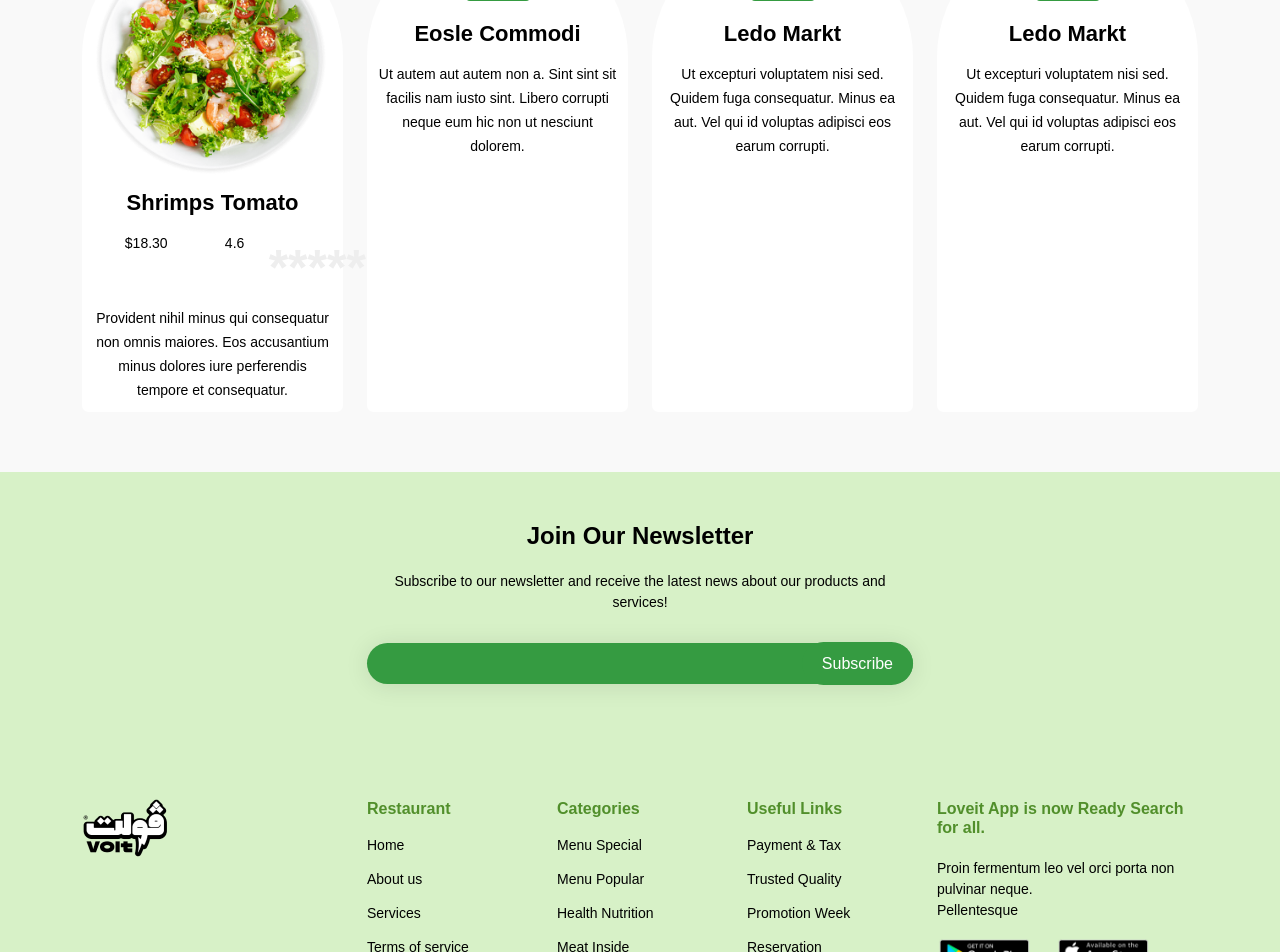
Repository: junivig/volt-new-project
Page: index.html
An editor plug-in stored every save of this project. The page is shown before and after the next save, followed by the edit.
The browser window is 1280 px wide. The pictures show the part of the page from y = 2117 to 3069 px (the page is 3177 px tall before and 3252 px after).

Above is the page before, as saved 2025-01-30 12:32:25.

### index.html
<!DOCTYPE html>
<html lang="en">

<head>
  <meta charset="utf-8">
  <meta content="width=device-width, initial-scale=1.0" name="viewport">
  <title>index - Voltfood</title>
  <meta name="description" content="">
  <meta name="keywords" content="">

  <!-- Favicons -->
  <link href="assets/img/favicon.png" rel="icon">
  <link href="assets/img/apple-touch-icon.png" rel="apple-touch-icon">

  <!-- Fonts -->
  <link href="https://fonts.googleapis.com" rel="preconnect">
  <link href="https://fonts.gstatic.com" rel="preconnect" crossorigin>
  <link href="https://fonts.googleapis.com/css2?family=Roboto:ital,wght@0,100;0,300;0,400;0,500;0,700;0,900;1,100;1,300;1,400;1,500;1,700;1,900&family=Raleway:ital,wght@0,100;0,200;0,300;0,400;0,500;0,600;0,700;0,800;0,900;1,100;1,200;1,300;1,400;1,500;1,600;1,700;1,800;1,900&family=Ubuntu:ital,wght@0,300;0,400;0,500;0,700;1,300;1,400;1,500;1,700&display=swap" rel="stylesheet">

  <!-- Vendor CSS Files -->
  <link href="assets/vendor/bootstrap/css/bootstrap.min.css" rel="stylesheet">
  <link href="assets/vendor/bootstrap-icons/bootstrap-icons.css" rel="stylesheet">
  <link href="assets/vendor/aos/aos.css" rel="stylesheet">
  <link href="assets/vendor/glightbox/css/glightbox.min.css" rel="stylesheet">
  <link href="assets/vendor/swiper/swiper-bundle.min.css" rel="stylesheet">

  <!-- Main CSS File -->
  <link href="assets/css/main.css" rel="stylesheet">

  <!-- =======================================================
  * Template Name: eNno
  * Template URL: https://bootstrapmade.com/enno-free-simple-bootstrap-template/
  * Updated: Aug 07 2024 with Bootstrap v5.3.3
  * Author: BootstrapMade.com
  * License: https://bootstrapmade.com/license/
  ======================================================== -->
</head>

<body class="index-page">

  <header id="header" class="header ">
    <div class="container-fluid  top-header">
      <div class="container-xl">
          <div class="row align-items-center">
              <div class="col-md-8 d-flex align-items-center">
                <nav id="navmenu" class="navmenu">
                  <ul>
                <li class="">
                  <img src="assets/img/location-icon.png" alt="Location Icon" class="icon-right">
                  <span class="top-header-text">Address, Fox 99 Roving St, Big City PKU</span>
              </li>
                <li class="">
                  <img src="assets/img/email-icon.png" alt="Email Icon" class="icon-right">
                  <span class="top-header-text">hello@awesomesite.com</span>
              </li>
              <li class="">
                <img src="assets/img/phone-icon.png" alt="Phone Icon" class="icon-right">
                <span class="top-header-text">+123-234-1234</span>
            </li>
                  </ul>
                </nav>
              </div>
              <div class="col-md-4 text-end">
                  <a href="#" >Register</a>
                  <a href="#">Login</a>
              </div>
          </div>
        </div>
  </div>
    <div class="container-fluid container-xl position-relative d-flex align-items-center">

      <a href="index.html" class="logo d-flex align-items-center me-auto">

        <img src="assets/img/logo.png" alt="Logo Image">
      </a>

      <nav id="navmenu" class="navmenu">
        <ul>
          <li><a href="#hero" class="active">HOMEPAGE</a></li>
          <li><a href="#about">ABOUT US</a></li>
          <li><a href="#services">MENU</a></li>
          <li><a href="#portfolio">MY ACCOUNT</a></li>
          <li><a href="#team">MY CART</a></li>
          <!-- <li class="dropdown"><a href="#"><span>Dropdown</span> <i class="bi bi-chevron-down toggle-dropdown"></i></a>
            <ul>
              <li><a href="#">Dropdown 1</a></li>
              <li class="dropdown"><a href="#"><span>Deep Dropdown</span> <i class="bi bi-chevron-down toggle-dropdown"></i></a>
                <ul>
                  <li><a href="#">Deep Dropdown 1</a></li>
                  <li><a href="#">Deep Dropdown 2</a></li>
                  <li><a href="#">Deep Dropdown 3</a></li>
                  <li><a href="#">Deep Dropdown 4</a></li>
                  <li><a href="#">Deep Dropdown 5</a></li>
                </ul>
              </li>
              <li><a href="#">Dropdown 2</a></li>
              <li><a href="#">Dropdown 3</a></li>
              <li><a href="#">Dropdown 4</a></li>
            </ul>
          </li> -->
        </ul>
        <i class="mobile-nav-toggle d-xl-none bi bi-list"></i>
      </nav>

      <!-- <a class="btn-getstarted" href="index.html#about">Get Started</a> -->

    </div>
  </header>

  <main class="main">

    <!-- Hero Section -->
    <section id="hero" class="hero section bg-image">

      <div class="container">
        <div class="row ">
          <div class="col-lg-6 order-2 order-lg-1 d-flex flex-column justify-content-center" data-aos="fade-up">
            <h1>Discover Food Taste Our <span class="secondary-color">Best</span> Healthy & Tasty.</h1>
            <p>Discover food taste our best integer enim neque volutpat ac morbi
              enim faucibus amet consectetur adipiscing tempus pharetra.</p>
            <div class="d-flex">
              <a href="#about" class="btn-get-started">DISCOVER NOW</a>
              <a href="https://www.youtube.com/watch?v=Y7f98aduVJ8" class="glightbox btn-watch-video d-flex align-items-center"><i class="bi bi-play-circle"></i></a>
            </div>
          </div>
          <div class="col-lg-6 order-1 order-lg-2 hero-img" data-aos="zoom-out" data-aos-delay="100">
            <img src="assets/img/hero-img.png" class="img-fluid " alt="">
          </div>
        </div>
      </div>

    </section><!-- /Hero Section -->

   <!-- Featured Services Section -->
   <section id="featured-services" class="featured-services section ">

    <div class="container">

      <div class="row gy-4">

        <div class="col-lg-4 d-flex" data-aos="fade-up" data-aos-delay="100">
          <div class="service-item position-relative">
            <div class="row">
              <div class="col-lg-6 col-md-6 col-sm-6">
                <p class="features-text">UP TO 35%</p>
                <h4 class="features-heading mt-3">Vegetable & Benefit</h4>
                <div class="icon"><img src="assets/img/button-icon.png" alt="Location Icon" class="icon-right">
                  <span class="features-button-text">READ MORE</span>
                </div>
              </div>
              <div class="col-lg-6 col-md-6 col-sm-6">
                <img src="assets/img/feature-icon-one.png" class="img-fluid " alt="">
              </div>
            </div>
          </div>
        </div><!-- End Service Item -->

        <div class="col-lg-4 d-flex" data-aos="fade-up" data-aos-delay="200">
          <div class="service-item-two position-relative">
            <div class="row">
              <div class="col-lg-6 col-md-6 col-sm-6">
                <p class="features-text">ORGANIC FARM</p>
                <h4 class="features-heading mt-3">Change Fruit Plan</h4>
                <div class="icon"><img src="assets/img/button-icon.png" alt="Location Icon" class="icon-right">
                  <span class="features-button-text">READ MORE</span>
                </div>
              </div>
              <div class="col-lg-6 col-md-6 col-sm-6">
                <img src="assets/img/feature-icon-two.png" class="img-fluid " alt="">
              </div>
            </div>
          </div>
        </div><!-- End Service Item -->

        <div class="col-lg-4 d-flex" data-aos="fade-up" data-aos-delay="300">
          <div class="service-item-three position-relative">
            <div class="row">
              <div class="col-lg-6 col-md-6 col-sm-6">
                <p class="features-text">MEAT TIME</p>
                <h4 class="features-heading mt-3">Totally Meat Inside</h4>
                <div class="icon"><img src="assets/img/button-icon.png" alt="Location Icon" class="icon-right">
                  <span class="features-button-text">READ MORE</span>
                </div>
              </div>
              <div class="col-lg-6 col-md-6 col-sm-6">
                <img src="assets/img/feature-icon-three.png" class="img-fluid " alt="">
              </div>
            </div>
          </div>
        </div><!-- End Service Item -->

      </div>

    </div>

    <div class="container mt-5 inner-features">
      <div class="row gy-4">
        <div class="col-lg-3 d-flex" data-aos="fade-up" data-aos-delay="100">
          <div class="service-item-inner position-relative">
            <div class="row">
              <div class="col-lg-3 col-md-3 col-sm-3">
                <img src="assets/img/inner-features-icon-one.png" class="img-fluid " alt="">
                </div>
              <div class="col-lg-9 col-md-9 col-sm-9">
                <h4 class="features-inner-heading">Organic Farm</h4>
                <p class="features-inner-text">Product Fresh Veggies</p>
              </div>
            </div>
          </div>
        </div><!-- End Service Item -->

        <div class="col-lg-3 d-flex" data-aos="fade-up" data-aos-delay="200">
          <div class="service-item-inner-two position-relative">
            <div class="row">
              <div class="col-lg-3 col-md-3 col-sm-3">
                <img src="assets/img/inner-features-icon-two.png" class="img-fluid " alt="">
                </div>
              <div class="col-lg-9 col-md-9 col-sm-9">
                <h4 class="features-inner-heading-two">Free Delivery</h4>
                <p class="features-inner-text-two">Fast Delivery Order</p>
              </div>
            </div>
          </div>
        </div><!-- End Service Item -->

        <div class="col-lg-3 d-flex" data-aos="fade-up" data-aos-delay="300">
          <div class="service-item-inner-two position-relative">
            <div class="row">
              <div class="col-lg-3 col-md-3 col-sm-3">
                <img src="assets/img/inner-features-icon-three.png" class="img-fluid " alt="">
                </div>
              <div class="col-lg-9 col-md-9 col-sm-9">
                <h4 class="features-inner-heading-two">Promotion Week</h4>
                <p class="features-inner-text-two">Promotion and Discount</p>
              </div>
            </div>
          </div>
        </div><!-- End Service Item -->

        <div class="col-lg-3 d-flex" data-aos="fade-up" data-aos-delay="300">
          <div class="service-item-inner-two position-relative">
            <div class="row">
              <div class="col-lg-3 col-md-3 col-sm-3">
                <img src="assets/img/inner-features-icon-four.png" class="img-fluid " alt="">
                </div>
              <div class="col-lg-9 col-md-9 col-sm-9">
                <h4 class="features-inner-heading-two">Trusted & Quality</h4>
                <p class="features-inner-text-two">Best Quality Restaurant</p>
              </div>
            </div>
          </div>
        </div><!-- End Service Item -->

      </div>

    </div>

  </section>
  <!-- /Featured Services Section -->

     <!-- About Section -->
     <section id="about" class="about section bg-image">
      <div class="container">
        <div class="row ">
          <div class="col-lg-6 " data-aos="zoom-out" data-aos-delay="100">
            <img src="assets/img/about.png" class="img-fluid " alt="">
          </div>
          <div class="col-lg-6 order-2 order-lg-1 d-flex flex-column justify-content-center" data-aos="fade-up">
            <h4 class="about-us-text">About Us</h4>
            <h1>The Best Enjoyable Place Around You.</h1>
            <p>We are the best quality elementum integer enim neque volutpat ac. Morbi
              enim nunc faucibus a. Amet consectetur adipiscing elit duis tempus pharetra.</p>

              <span class="about-inner-text">Massa placerat duis ultricies lacus sed turpis tincidunt id. Interdum varius sit amet
                mattis  enim. Quis hendrerit dolor magna eget est lorem ipsum dolor. Sagittis scelerisque
                purus semper eget duis. Viverra maecenas accumsan lacus vel facilisis volutpat est.
                Ultricies lacus sed turpis tincidunt id aliquet risus feugiat in. Adipiscing elit duis tristique
                sollicitudin nibh sit. Porttitor lacus luctus accumsan tortor.</span>
            <div class="d-flex">
               <!-- Stats Section -->
    <section id="stats" class="stats section">
      <div class="container" data-aos="fade-up" data-aos-delay="100">
        <div class="row gy-4">
          <div class="col-lg-4 col-md-4 col-sm-4">
            <div class="stats-item">
              <span data-purecounter-start="0" data-purecounter-end="108" data-purecounter-duration="1" class="purecounter"></span><span>+</span>
              <p>EXPERT CHEF</p>
            </div>
          </div><!-- End Stats Item -->

          <div class="col-lg-4 col-md-4 col-sm-4">
            <div class="stats-item">
              <span data-purecounter-start="0" data-purecounter-end="140" data-purecounter-duration="1" class="purecounter"></span><span>+</span>
              <p>MENU OF FOOD</p>
            </div>
          </div><!-- End Stats Item -->

          <div class="col-lg-4 col-md-4 col-sm-4">
            <div class="stats-item">
              <span data-purecounter-start="0" data-purecounter-end="3200" data-purecounter-duration="1" class="purecounter"></span><span>+</span>
              <p>ORDER DELIVERED</p>
            </div>
          </div><!-- End Stats Item -->
        </div>

      </div>

    </section>

                </div>
            </div>
          </div>
        </div>
      </div>

    </section><!-- /About Section -->

        <!-- Services Section -->
        <section id="services" class="services section light-background">

          <!-- Section Title -->
          <div class="container section-title" data-aos="fade-up">
            <h4 class="about-us-text">Delicious Food</h4>
            <h2>Our Special Vegans Food.</h2>
          </div><!-- End Section Title -->

          <div class="container">
            <div class="row gy-4">
              <div class="col-lg-3 col-md-6" data-aos="fade-up" data-aos-delay="100">
                <div class="service-item position-relative">
                  <div class="">
                    <img src="assets/img/menu-one.png" class="img-fluid " alt="">
                  </div>
                  <a href="service-details.html" class="stretched-link">
                    <h3>Shrimps Tomato</h3>
                  </a>
                  <div class="row">
                    <div class="col-6">
                      <p>$18.30</p>
                    </div>
                    <div class="col-2">
                      <p>4.6</p>
                    </div>
                    <div class="col-4">
                      <span class="star">*****</span>
                    </div>
                  </div>
                  <p>Provident nihil minus qui consequatur non omnis maiores. Eos accusantium minus dolores iure perferendis tempore et consequatur.</p>
                </div>
              </div><!-- End Service Item -->

              <div class="col-lg-3 col-md-6" data-aos="fade-up" data-aos-delay="200">
                <div class="service-item position-relative">
                  <div class="icon">
                    <i class="bi bi-broadcast"></i>
                  </div>
                  <a href="service-details.html" class="stretched-link">
                    <h3>Eosle Commodi</h3>
                  </a>
                  <p>Ut autem aut autem non a. Sint sint sit facilis nam iusto sint. Libero corrupti neque eum hic non ut nesciunt dolorem.</p>
                </div>
              </div><!-- End Service Item -->

              <div class="col-lg-3 col-md-6" data-aos="fade-up" data-aos-delay="300">
                <div class="service-item position-relative">
                  <div class="icon">
                    <i class="bi bi-easel"></i>
                  </div>
                  <a href="service-details.html" class="stretched-link">
                    <h3>Ledo Markt</h3>
                  </a>
                  <p>Ut excepturi voluptatem nisi sed. Quidem fuga consequatur. Minus ea aut. Vel qui id voluptas adipisci eos earum corrupti.</p>
                </div>
              </div><!-- End Service Item -->

              <div class="col-lg-3 col-md-6" data-aos="fade-up" data-aos-delay="300">
                <div class="service-item position-relative">
                  <div class="icon">
                    <i class="bi bi-easel"></i>
                  </div>
                  <a href="service-details.html" class="stretched-link">
                    <h3>Ledo Markt</h3>
                  </a>
                  <p>Ut excepturi voluptatem nisi sed. Quidem fuga consequatur. Minus ea aut. Vel qui id voluptas adipisci eos earum corrupti.</p>
                </div>
              </div><!-- End Service Item -->

            </div>

          </div>

        </section><!-- /Services Section -->

  </main>

  <footer id="footer" class="footer">

    <div class="footer-newsletter">
      <div class="container">
        <div class="row justify-content-center text-center">
          <div class="col-lg-6">
            <h4>Join Our Newsletter</h4>
            <p>Subscribe to our newsletter and receive the latest news about our products and services!</p>
            <form action="forms/newsletter.php" method="post" class="php-email-form">
              <div class="newsletter-form"><input type="email" name="email"><input type="submit" value="Subscribe"></div>
              <div class="loading">Loading</div>
              <div class="error-message"></div>
              <div class="sent-message">Your subscription request has been sent. Thank you!</div>
            </form>
          </div>
        </div>
      </div>
    </div>

    <div class="container footer-top">
      <div class="row gy-4">
        <div class="col-lg-3 col-md-6 footer-about">
          <a href="index.html" class="logo d-flex align-items-center me-auto">
            <img src="assets/img/logo.png" alt="Logo Image">
          </a>

        </div>

        <div class="col-lg-2 col-md-3 footer-links">
          <h4 class="footer-pages-heading">Restaurant</h4>
          <ul>
            <li> <a href="#">Home</a></li>
            <li> <a href="#">About us</a></li>
            <li> <a href="#">Services</a></li>
            <li> <a href="#">Terms of service</a></li>
          </ul>
        </div>

        <div class="col-lg-2 col-md-3 footer-links">
          <h4 class="footer-pages-heading">Categories</h4>
          <ul>
            <li> <a href="#">Menu Special</a></li>
            <li> <a href="#">Menu Popular</a></li>
            <li> <a href="#">Health Nutrition</a></li>
            <li> <a href="#">Meat Inside</a></li>
          </ul>
        </div>
        <div class="col-lg-2 col-md-3 footer-links">
          <h4 class="footer-pages-heading">Useful Links</h4>
          <ul>
            <li> <a href="#">Payment & Tax</a></li>
            <li> <a href="#">Trusted Quality</a></li>
            <li> <a href="#">Promotion Week</a></li>
            <li> <a href="#">Reservation</a></li>
          </ul>
        </div>

        <div class="col-lg-3 col-md-12">
          <h4 class="footer-pages-heading">Loveit App is now Ready Search for all.</h4>
          <p>Proin fermentum leo vel orci porta non pulvinar neque. <br> Pellentesque</p>
          <div class="row">
            <div class="col-lg-5 col-md-6 col-sm-12">
              <img src="assets/img/android.png" alt="Google Play Image" class="mobile-app-image">
           </div>
           <div class="col-lg-5 col-md-6 col-sm-12">
            <img src="assets/img/apple.png" alt="Apple Store Image" class="mobile-app-image">
         </div>
        </div>

      </div>
    </div>
    </div>
    <div class="row copyright mt-4">
      <div class="row">
      <div class="col-lg-6 col-md-12 col-sm-12">
        <p class="mt-2">© 2025<span>Copyright All Rights Reserved</span></p>
      </div>
      <div class="col-lg-3 col-md-12 col-md-12">
      </div>
      <div class="col-lg-3 col-md-12 col-md-12 social-media-icons">
        <div class="social-links d-flex text-end">
          <a href=""><img src="assets/img/facebook.png" alt="Logo Image"></a>
          <a href=""><img src="assets/img/twitter.png" alt="Logo Image"></a>
          <a href=""><img src="assets/img/linkedin.png" alt="Logo Image"></i></a>
          <a href=""><img src="assets/img/youtube.png" alt="Logo Image"></i></a>
        </div>
      </div>
      </div>
    </div>
  </footer>

  <!-- Scroll Top -->
  <a href="#" id="scroll-top" class="scroll-top d-flex align-items-center justify-content-center"><i class="bi bi-arrow-up-short"></i></a>

  <!-- Preloader -->
  <div id="preloader"></div>

  <!-- Vendor JS Files -->
  <script src="assets/vendor/bootstrap/js/bootstrap.bundle.min.js"></script>
  <script src="assets/vendor/php-email-form/validate.js"></script>
  <script src="assets/vendor/aos/aos.js"></script>
  <script src="assets/vendor/glightbox/js/glightbox.min.js"></script>
  <script src="assets/vendor/purecounter/purecounter_vanilla.js"></script>
  <script src="assets/vendor/imagesloaded/imagesloaded.pkgd.min.js"></script>
  <script src="assets/vendor/isotope-layout/isotope.pkgd.min.js"></script>
  <script src="assets/vendor/swiper/swiper-bundle.min.js"></script>

  <!-- Main JS File -->
  <script src="assets/js/main.js"></script>

</body>

</html>

Loaded but not shown: assets/vendor/bootstrap/css/bootstrap.min.css (library); assets/vendor/bootstrap-icons/bootstrap-icons.css (library); assets/vendor/aos/aos.css (library); assets/vendor/glightbox/css/glightbox.min.css (library); assets/vendor/swiper/swiper-bundle.min.css (library); assets/vendor/bootstrap/js/bootstrap.bundle.min.js (library); assets/vendor/php-email-form/validate.js (common file); assets/vendor/aos/aos.js (library); assets/vendor/glightbox/js/glightbox.min.js (library); assets/vendor/purecounter/purecounter_vanilla.js (library); assets/vendor/imagesloaded/imagesloaded.pkgd.min.js (library); assets/vendor/isotope-layout/isotope.pkgd.min.js (library); assets/vendor/swiper/swiper-bundle.min.js (library); assets/js/main.js (209 lines, source omitted); assets/css/main.css (1985 lines, source omitted)

After the next save:
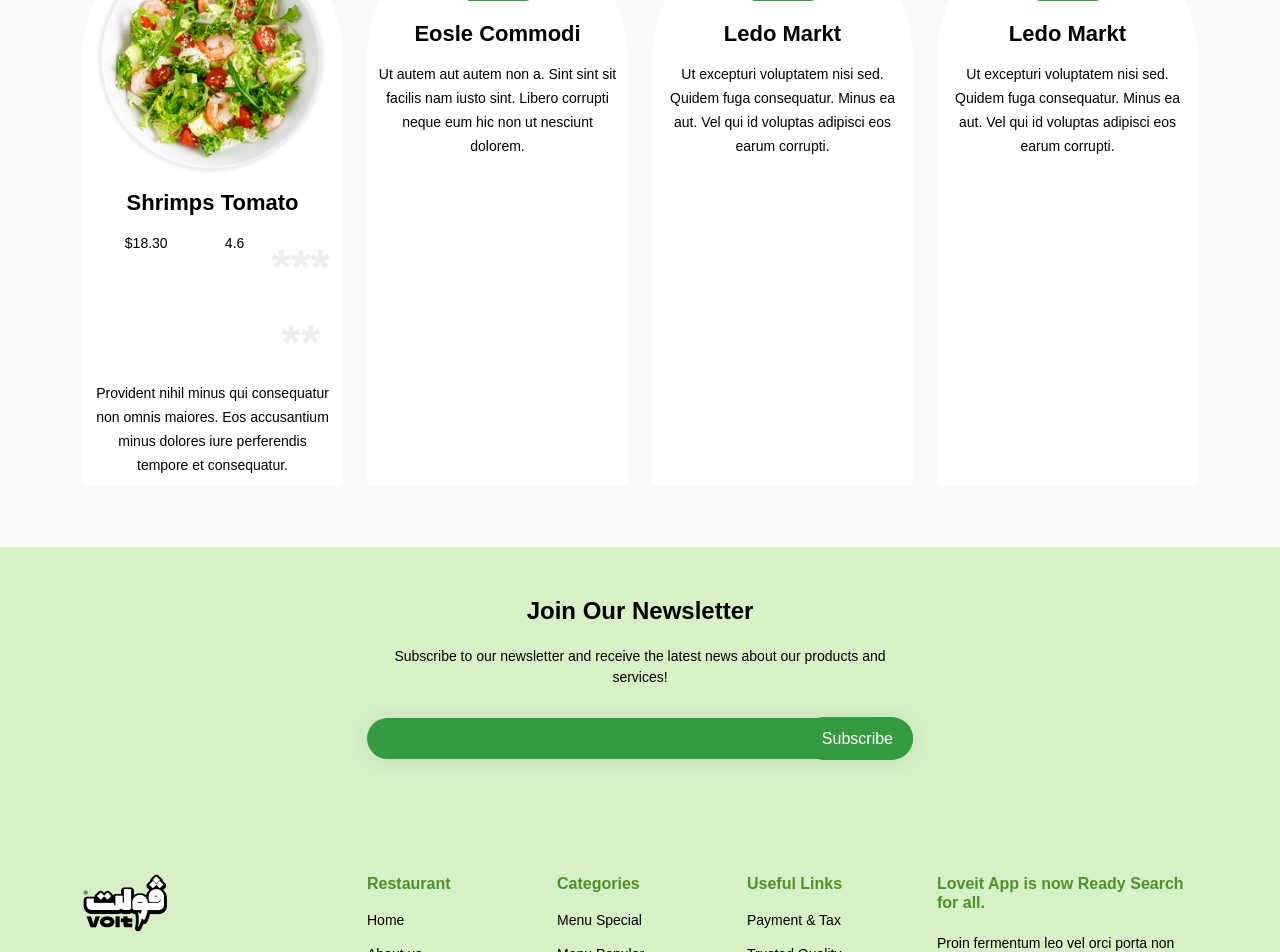
Saved 18 s later.
--- a/index.html
+++ b/index.html
@@ -342,7 +342,8 @@
                       <p>4.6</p>
                     </div>
                     <div class="col-4">
-                      <span class="star">*****</span>
+                      <span class="star">***</span>
+                      <span class="star">**</span>
                     </div>
                   </div>
                   <p>Provident nihil minus qui consequatur non omnis maiores. Eos accusantium minus dolores iure perferendis tempore et consequatur.</p>
